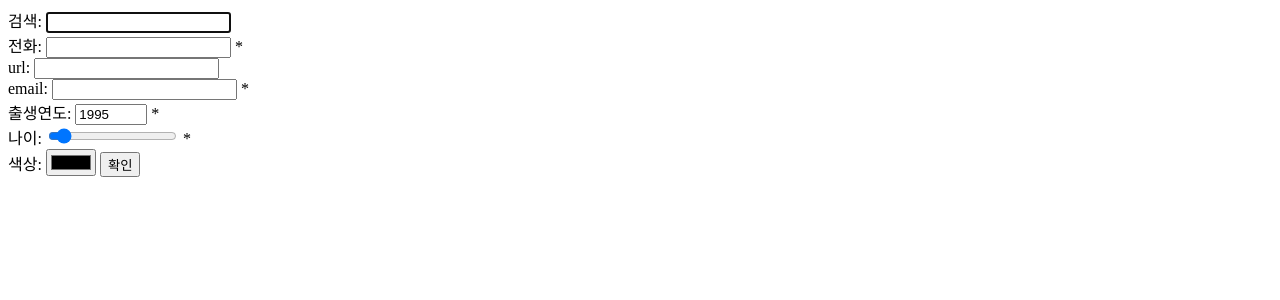
Repository: Jin0207/html_css
Page: day1130/src/main/webapp/enhancedTag.html
The author's editor kept a copy of each file at every save. The page is drawn from the files as they stood at one save, then again after the next save.
The browser window is 1280 px wide. The pictures show the whole page.

Above is the page before, as saved 2021-11-30 06:49:39.

After the next save:
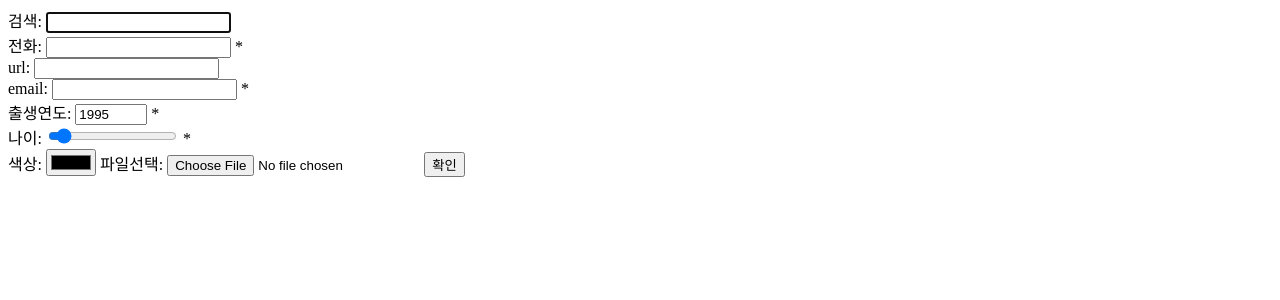
Saved 16 min 52 s later.
--- a/day1130/src/main/webapp/enhancedTag.html
+++ b/day1130/src/main/webapp/enhancedTag.html
@@ -13,6 +13,7 @@
 		출생연도: <input type="number" name="year" min="1900" max="2021" value="1995" required="required"> *<br>
 		나이: <input type="range" name="age" min="20" max="100" value="26" required="required"> *<br>
 		색상: <input type="color" name="color">
+		파일선택: <input type="file">
 		<input type="submit" value="확인">
 	</form>
 </body>
